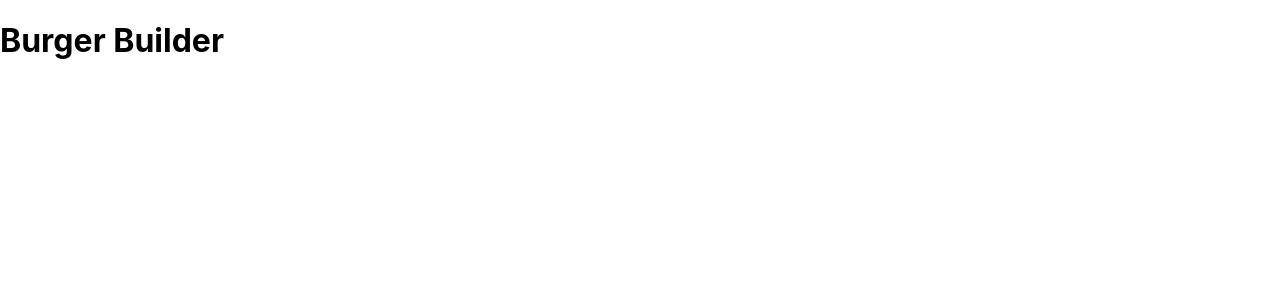
Repository: uditjain100/BurgerBuilder
Page: /
The author's editor kept a copy of each file at every save. The page is drawn from the files as they stood at one save, then again after the next save.
The browser window is 1280 px wide. The pictures show the whole page.
The project was rebuilt for these pictures with package versions that can differ from the ones it lists, and the page was loaded fresh each time. Also part of the build but not shown: src/App.css.

Above is the page before, as saved 2021-03-15 21:54:50.

### src/App.js
import React, { Component } from "react";
import Layout from "./components/Layouts/Layout";
import "./App.css";

class App extends Component {
  render() {
    return <Layout> {this.props.children} </Layout>;
  }
}

export default App;

### src/components/Layouts/Layout.js
import React, { Component } from "react";
import Aux from "../../hoe/Auxillary";

class Layout extends Component {
  render() {
    return (
      <Aux>
        <h1>Burger Builder</h1>
        <main> {this.props.children} </main>
      </Aux>
    );
  }
}

export default Layout;

### src/hoe/Auxillary.js
const auxillary = (props) => props.children;

export default auxillary;

### src/containers/BurgerBuilder/BurgerBuilder.js
import React, { Component } from "react";
import Aux from "../../hoe/Auxillary";

class BurgerBuilder extends Component {
  render() {
    return (
      <Aux>
        <h1>Burger</h1>
      </Aux>
    );
  }
}

export default BurgerBuilder;

Loaded but not shown: public/index.html (common file); src/index.js (common file); src/index.css (common file); src/reportWebVitals.js (common file)

After the next save:
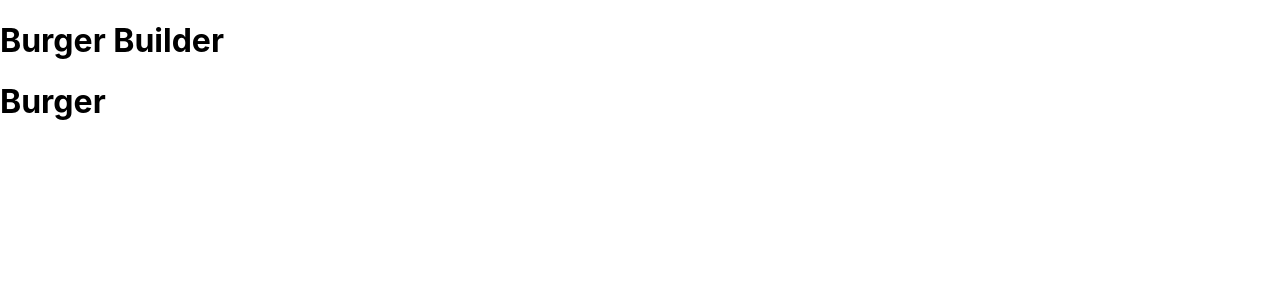
Saved 20 s later.
--- a/src/App.js
+++ b/src/App.js
@@ -1,10 +1,16 @@
 import React, { Component } from "react";
 import Layout from "./components/Layouts/Layout";
 import "./App.css";
+import BurgerBuilder from "./containers/BurgerBuilder/BurgerBuilder";
 
 class App extends Component {
   render() {
-    return <Layout> {this.props.children} </Layout>;
+    return (
+      <Layout>
+        {" "}
+        <BurgerBuilder />{" "}
+      </Layout>
+    );
   }
 }
 
